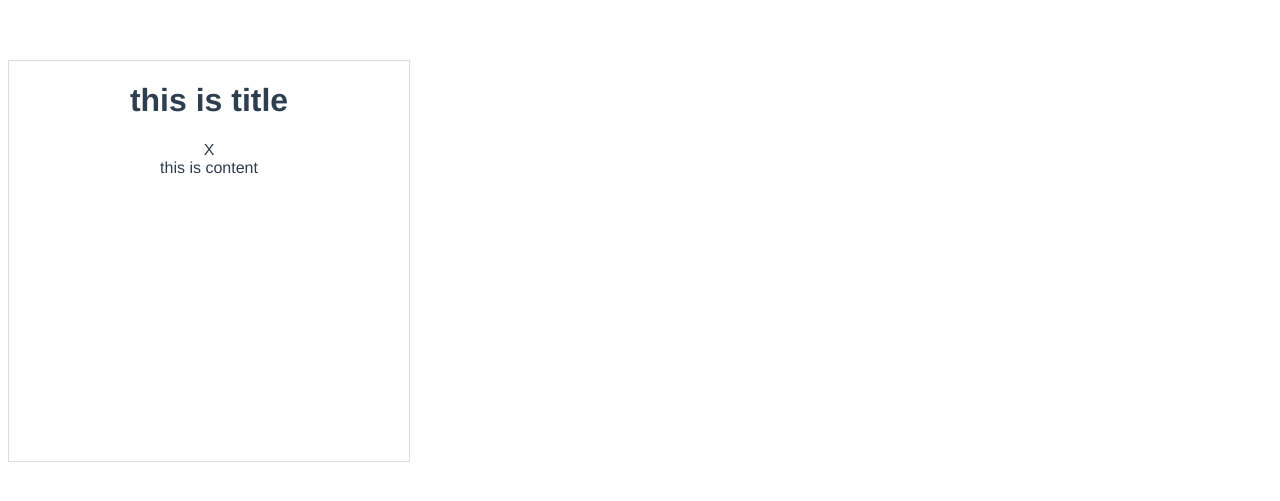
Repository: iulucky6/yf_messageBox
Page: /
These files come from the project's save history. The page is drawn as it stood at one moment and after the next save; the edit follows.
The browser window is 1280 px wide. The pictures show the whole page.
The project was rebuilt for these pictures with package versions that can differ from the ones it lists, and the page was loaded fresh each time. Also part of the build but not shown: src/components/HelloWorld.vue.

Above is the page before, as saved 2023-09-14 10:22:33.

### index.html
<!DOCTYPE html>
<html>
  <head>
    <meta charset="utf-8">
    <meta name="viewport" content="width=device-width,initial-scale=1.0">
    <title>v</title>
  </head>
  <body>
    <div id="app"></div>
    <!-- built files will be auto injected -->
  </body>
</html>

### src/main.js
// The Vue build version to load with the `import` command
// (runtime-only or standalone) has been set in webpack.base.conf with an alias.
import Vue from 'vue'
import App from './App'
// 引入配置文件
import router from './router'

Vue.config.productionTip = false

/* eslint-disable no-new */
new Vue({
  el: '#app',
  //注入
  router,
  components: { App },
  template: '<App/>'
})

### src/App.vue
<template>
  <div id="app">
    <!-- 决定路由组件配置，匹配到的组件会在这里渲染 -->
    <!-- <router-view/> -->
    <MessageBox></MessageBox>
  </div>
</template>

<script>
import { MessageBox } from "./components";
console.log(MessageBox,"MessageBox");

export default {
  name: "App",
  components:{
    MessageBox
  }
};
</script>

<style>
#app {
  font-family: "Avenir", Helvetica, Arial, sans-serif;
  -webkit-font-smoothing: antialiased;
  -moz-osx-font-smoothing: grayscale;
  text-align: center;
  color: #2c3e50;
  margin-top: 60px;
}
</style>

### src/router/index.js
// 1、引入路由
import Vue from 'vue'
import Router from 'vue-router'

// 2、启用路由
Vue.use(Router)

// 3、创建并导出路由
export default new Router({
  mode:'hash',
  routes: [
    {
      path: '/',
      name: 'HelloWorld',
      component: () => import("@/components/HelloWorld.vue")
    },
    {
      path:'/about',
      name:'About',
      component:()=>import("@/components/About.vue")
    }
  ]
})

### src/components/index.js
import MessageBox from "./MessageBox";

export {
    MessageBox
}

### src/components/MessageBox/index.js
import MessageBox from './index.vue'

export default MessageBox;

### src/components/MessageBox/index.vue
<template>
  <div :class="['boxStyle',type]">
    <div class="inner">
      <header class="header">
         <h1 class="title">{{title}}</h1>
         <span>X</span>
      </header>

      <div class="content">{{content}}</div>

    </div>
  </div>
</template>

<script>
export default {
  name: "MessageBox",
  props:{
    title:{
      type:String,
      default:'this is title'
    },
    content:{
      type:String,
      default:'this is content'
    }
  }
};
</script>

<style>
.boxStyle {
  border: 1px solid gainsboro;
  width: 400px;
  height: 400px;
}
</style>

After the next save:
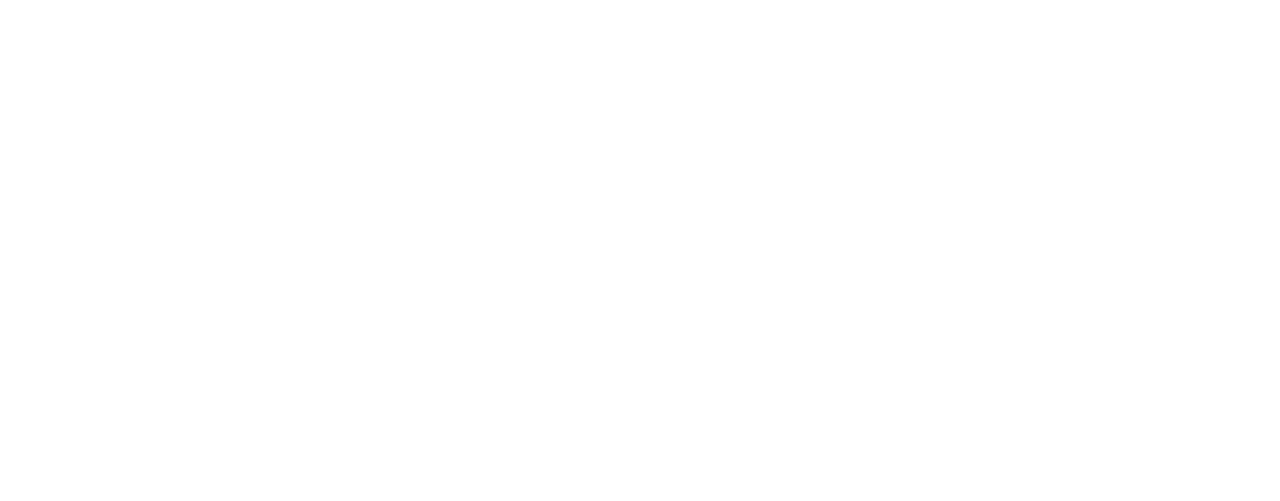
Console error: ReferenceError: vali is not defined
Saved 42 s later.
--- a/src/components/MessageBox/index.vue
+++ b/src/components/MessageBox/index.vue
@@ -23,6 +23,11 @@
     content:{
       type:String,
       default:'this is content'
+    },
+    type:{
+      type:String,
+      default:'primary',
+      vali
     }
   }
 };

After the save that followed:
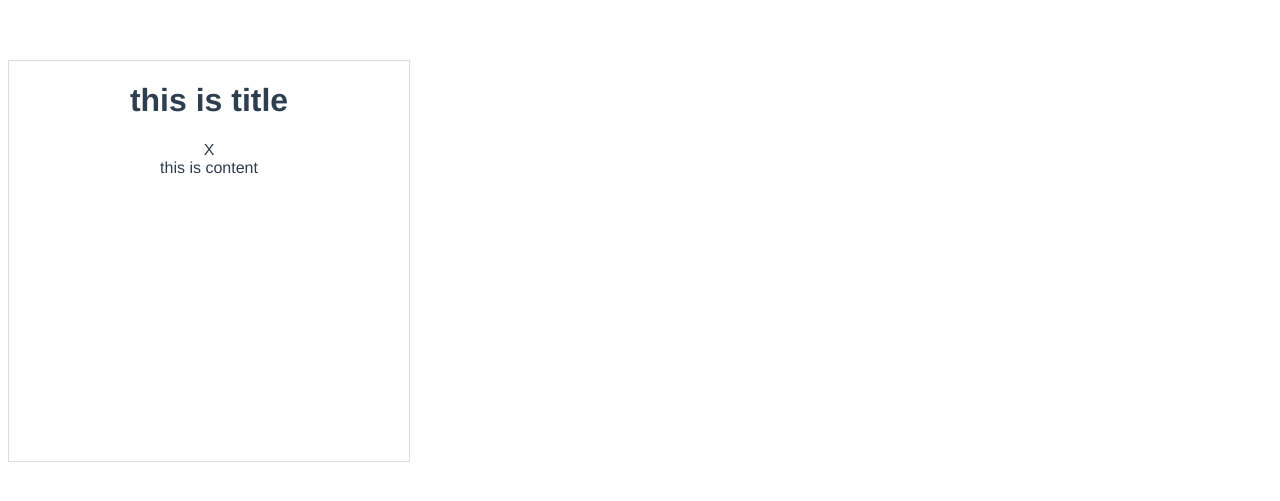
The error is gone.
Saved 36 s later.
--- a/src/components/MessageBox/index.vue
+++ b/src/components/MessageBox/index.vue
@@ -27,7 +27,13 @@
     type:{
       type:String,
       default:'primary',
-      vali
+      validator (value){
+        [
+          'primary',
+          'success',
+
+        ]
+      }
     }
   }
 };
